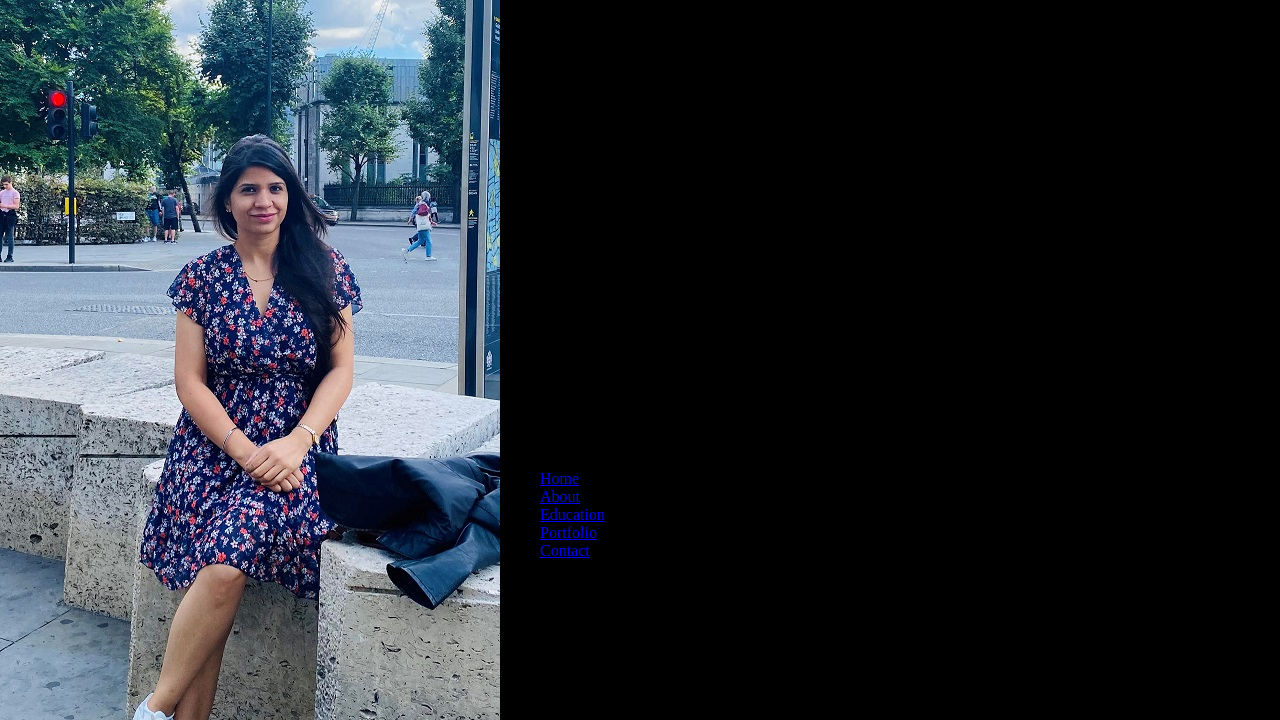
Repository: priyanka-bishnoi/PortfolioPage
Page: MyPage.html
An editor plug-in stored every save of this project. The page is shown before and after the next save, followed by the edit.
The browser window is 1280 px wide. The pictures show the whole page.

Above is the page before, as saved 2022-10-07 00:15:42.

After the next save:
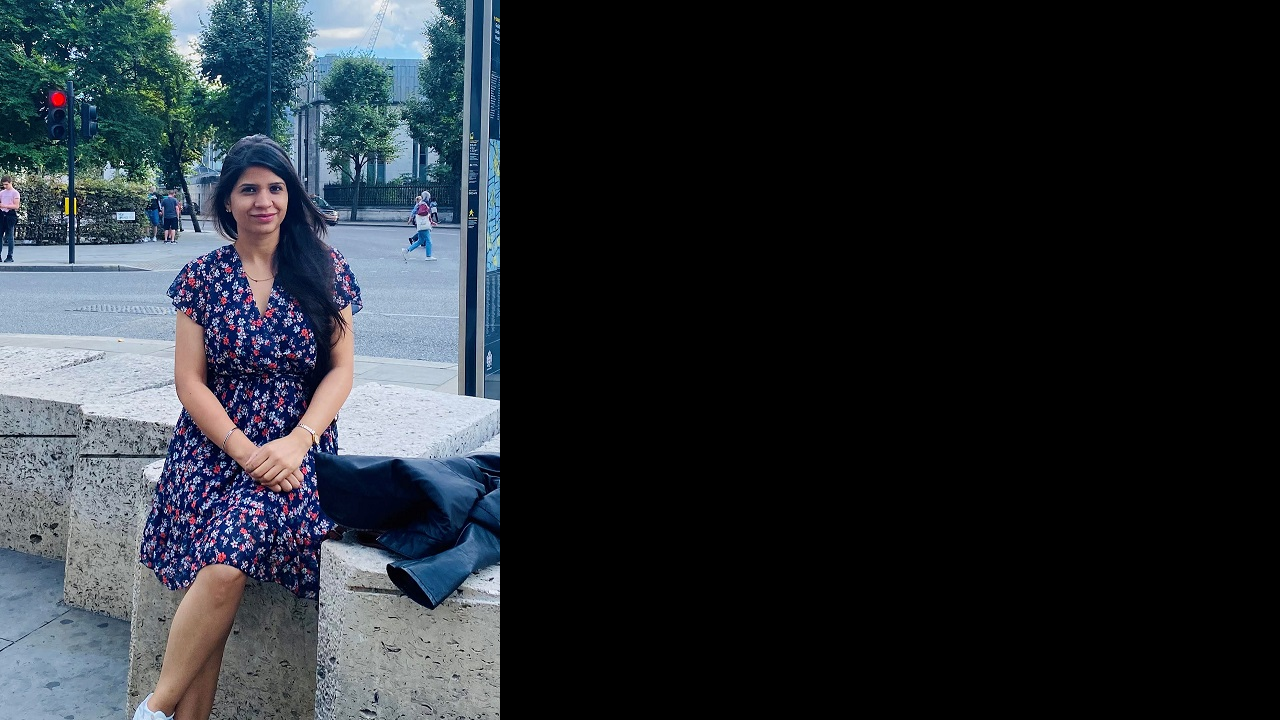
Saved 11 s later.
--- a/css/style.css
+++ b/css/style.css
@@ -2,12 +2,7 @@ header {
     position:fixed;
     top:0; left:0;
     z-index:1000;
- //   height:100%;
-  //  width:35rem;
-    background:black;
-    display:flex;
-    align-items:center;
-    justify-content: center;
+
 }
 body{
     background: #111;
